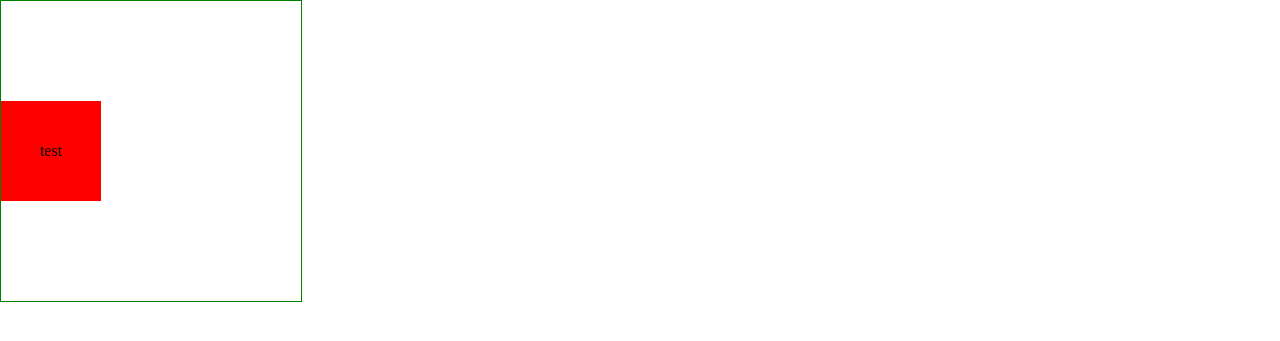
Repository: 319226862/wyy
Page: JavaScript/center.html
These files come from the project's save history. The page is drawn as it stood at one moment and after the next save; the edit follows.
The browser window is 1280 px wide. The pictures show the whole page.

Above is the page before, as saved 2023-07-27 20:08:55.

### JavaScript/center.html
<!DOCTYPE html>
<html lang="en">
<head>
    <meta charset="UTF-8">
    <meta name="viewport" content="width=device-width, initial-scale=1.0">
    <title>Document</title>
    <style>
        html, body{
            margin: 0;
            padding: 0;
        }
        #main{
            width: 300px;
            height: 300px;
            border: 1px solid green;
            display: table-cell;
            vertical-align: middle;
        }
        #test{
            width: 100px;
            height: 100px;
            background-color: red;
            line-height: 100px;
            text-align: center;
        }
    </style>
</head>
<body>
    <div id="main">
        <p id="test">test</p>
    </div>
</body>
</html>

After the next save:
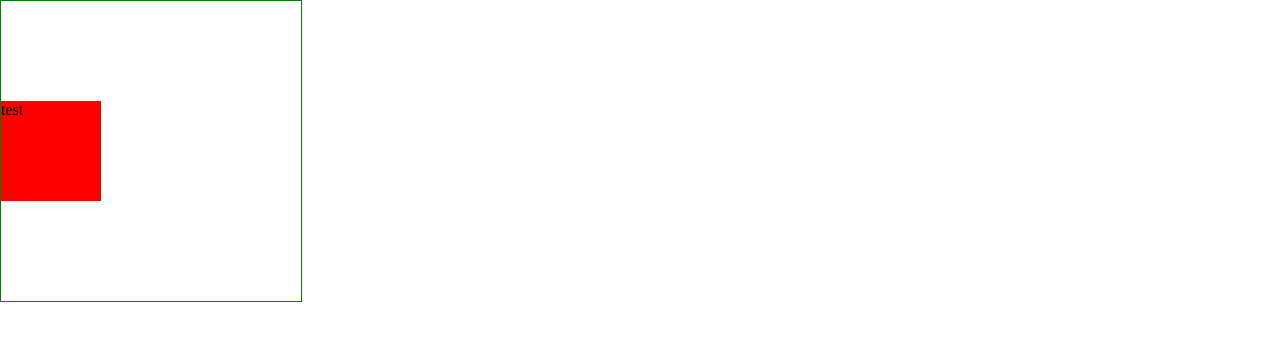
Saved 79 s later.
--- a/JavaScript/center.html
+++ b/JavaScript/center.html
@@ -20,8 +20,7 @@
             width: 100px;
             height: 100px;
             background-color: red;
-            line-height: 100px;
-            text-align: center;
+            display: flex;
         }
     </style>
 </head>

After the save that followed:
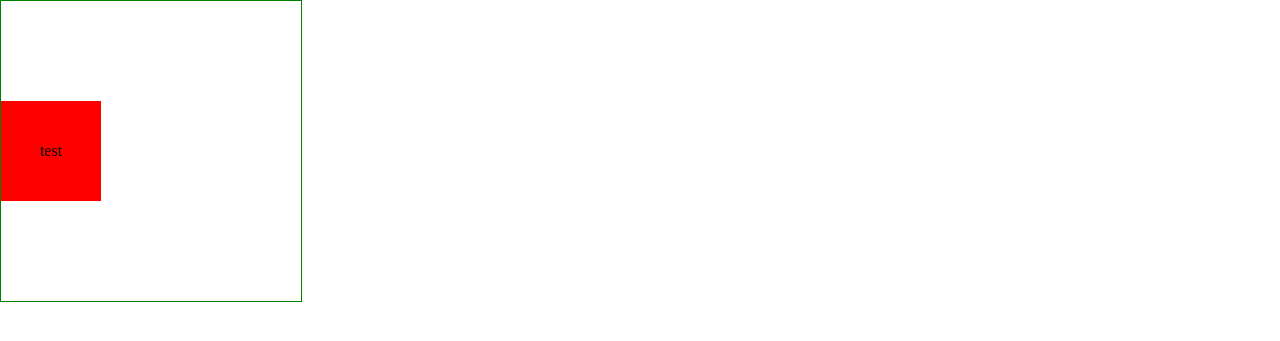
Saved 32 s later.
--- a/JavaScript/center.html
+++ b/JavaScript/center.html
@@ -21,6 +21,8 @@
             height: 100px;
             background-color: red;
             display: flex;
+            justify-content: center;
+            align-items: center;
         }
     </style>
 </head>
